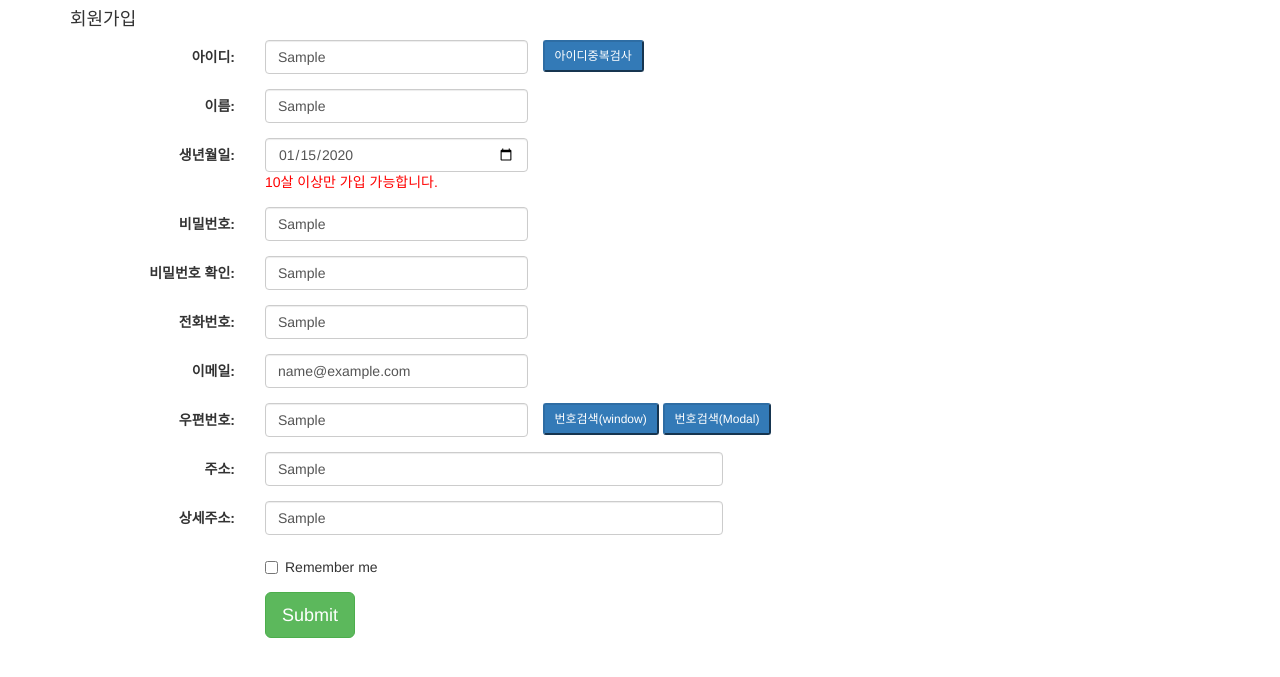
Repository: jeje0130/html
Page: member/WebContent/member/member_js.html
An editor plug-in stored every save of this project. The page is shown before and after the next save, followed by the edit.
The browser window is 1280 px wide. The pictures show the whole page.
Empty fields were first filled with sample values (such as "Sample", 5 or name@example.com).
After loading, the first visible `#bir` was changed once.

Above is the page before, as saved 2021-02-10 02:50:35.

After the next save:
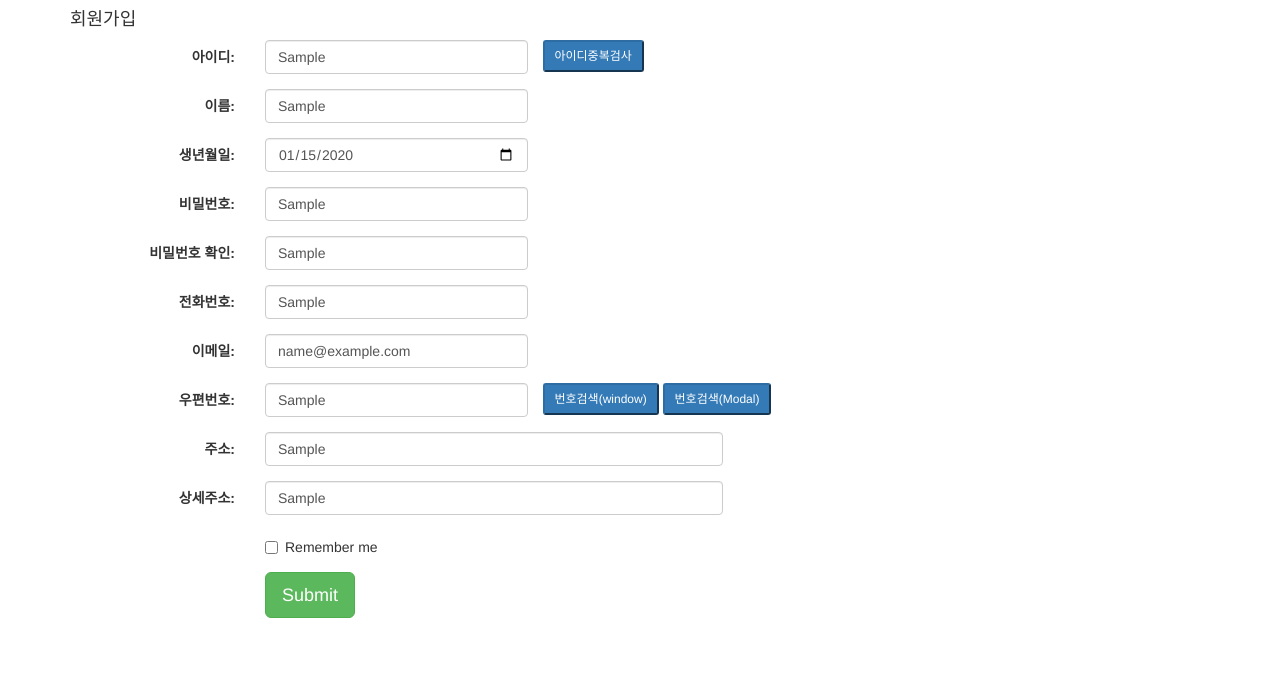
Console error: TypeError: birth.getTime is not a function
Saved 88 s later.
--- a/member/WebContent/member/member_js.html
+++ b/member/WebContent/member/member_js.html
@@ -113,12 +113,12 @@
 
 
 	//생년월일
+	now = new Date();
+
 	$('#bir').on('keyup', function () {
-		birvalue = $(this).val().trim();
-
-		now = new Date();
-
-		birth = new Date(birvalue);
+		birth = $(this).val().trim();
+
+		//birth = new Date(birvalue);
 
 		today = now.getTime();
 		bday = birth.getTime();

After the 3 saves that followed:
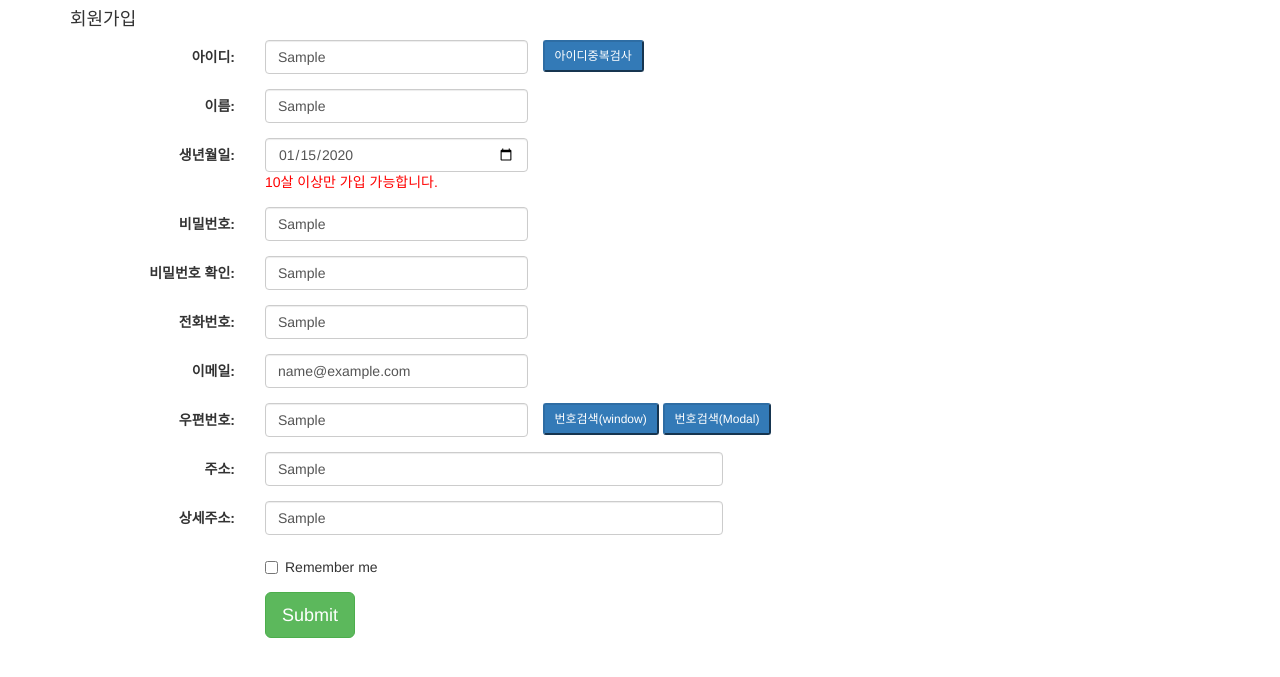
The error is gone.
The 3 saves are shown as one change because 2 left the picture as it was.
The last was saved 4 min 40 s later.
--- a/member/WebContent/member/member_js.html
+++ b/member/WebContent/member/member_js.html
@@ -113,25 +113,21 @@
 
 
 	//생년월일
-	now = new Date();
 
 	$('#bir').on('keyup', function () {
-		birth = $(this).val().trim();
-
-		//birth = new Date(birvalue);
+		birvalue = $(this).val().trim();
+
+		now = new Date();
+		birth = new Date(birvalue);
 
 		today = now.getTime();
 		bday = birth.getTime();
 
 		days = today-bday;
 
-		sec = days / 1000;
-		min = sec / 60;
-		hour = min / 60;
-		day = hour / 24;
-		year = day / 365;
-
-		if(year >= 10){
+		year = days / 1000 / 60 / 60 / 24 /365;
+
+		if(year > 10){
 			okpro(this)
 		}else{
 			nopro(this, "10살 이상만 가입 가능합니다.")
